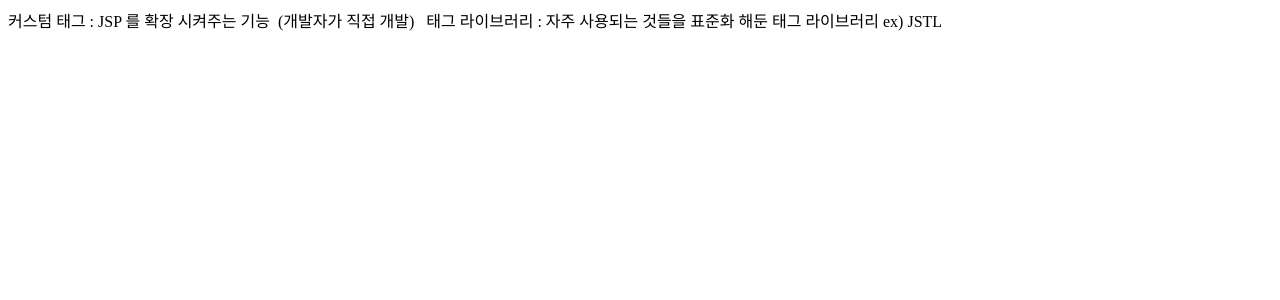
Repository: hyejux/JSP_STUDY
Page: http://localhost/JSPPractice2/JSP_ex6.jsp
The author's editor kept a copy of each file at every save. The page is drawn from the files as they stood at one save, then again after the next save.
The browser window is 1280 px wide. The pictures show the whole page.
The page is served by Tomcat 9.

Above is the page before, as saved 2025-01-07 16:56:30.

After the next save:
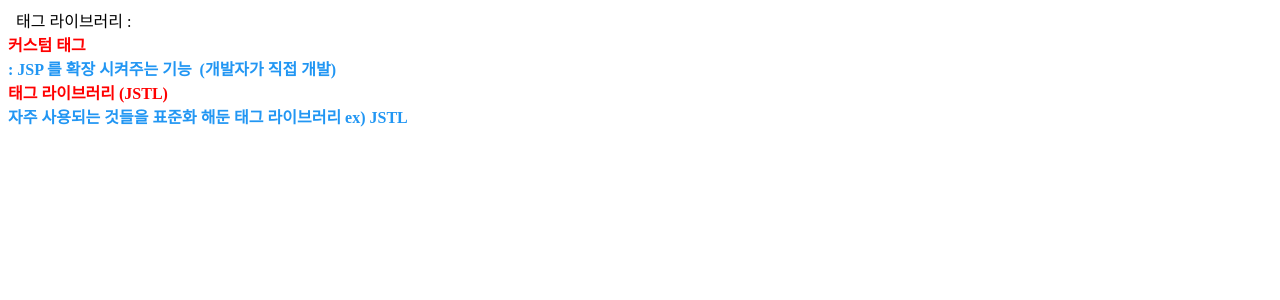
Saved 55 s later.
--- a/JSPPractice2/src/main/webapp/JSP_ex6.jsp
+++ b/JSPPractice2/src/main/webapp/JSP_ex6.jsp
@@ -8,8 +8,15 @@
 <link rel="stylesheet" type="text/css" href="css/style.css"> </link>
 </head>
 <body>
-커스텀 태그 : JSP 를 확장 시켜주는 기능  (개발자가 직접 개발)
 
-태그 라이브러리 : 자주 사용되는 것들을 표준화 해둔 태그 라이브러리 ex) JSTL
+
+태그 라이브러리 :
+
+<div class="info">
+	<div class="point"> 커스텀 태그 </div>
+	<div> : JSP 를 확장 시켜주는 기능  (개발자가 직접 개발)  </div>
+	<div class="point"> 태그 라이브러리 (JSTL)</div>
+	<div>  자주 사용되는 것들을 표준화 해둔 태그 라이브러리 ex) JSTL </div>
+</div>
 </body>
 </html>
